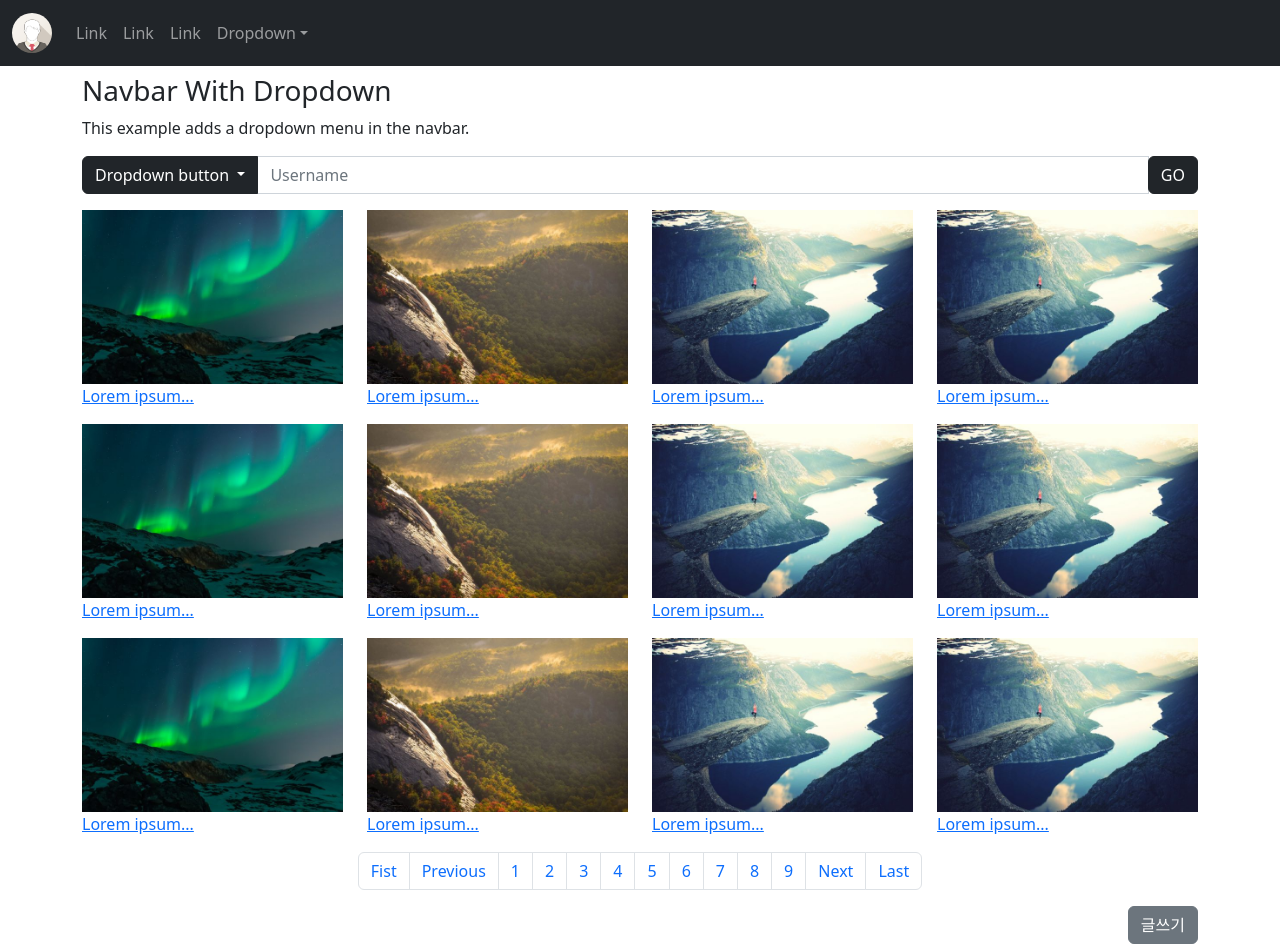
Repository: seoyeon0619/WebProgramming
Page: workspace1/myhome2/src/main/webapp/디자인/gallary.html
The author's editor kept a copy of each file at every save. The page is drawn from the files as they stood at one save, then again after the next save.
The browser window is 1280 px wide. The pictures show the whole page.

Above is the page before, as saved 2022-12-30 02:37:56.

After the next save:
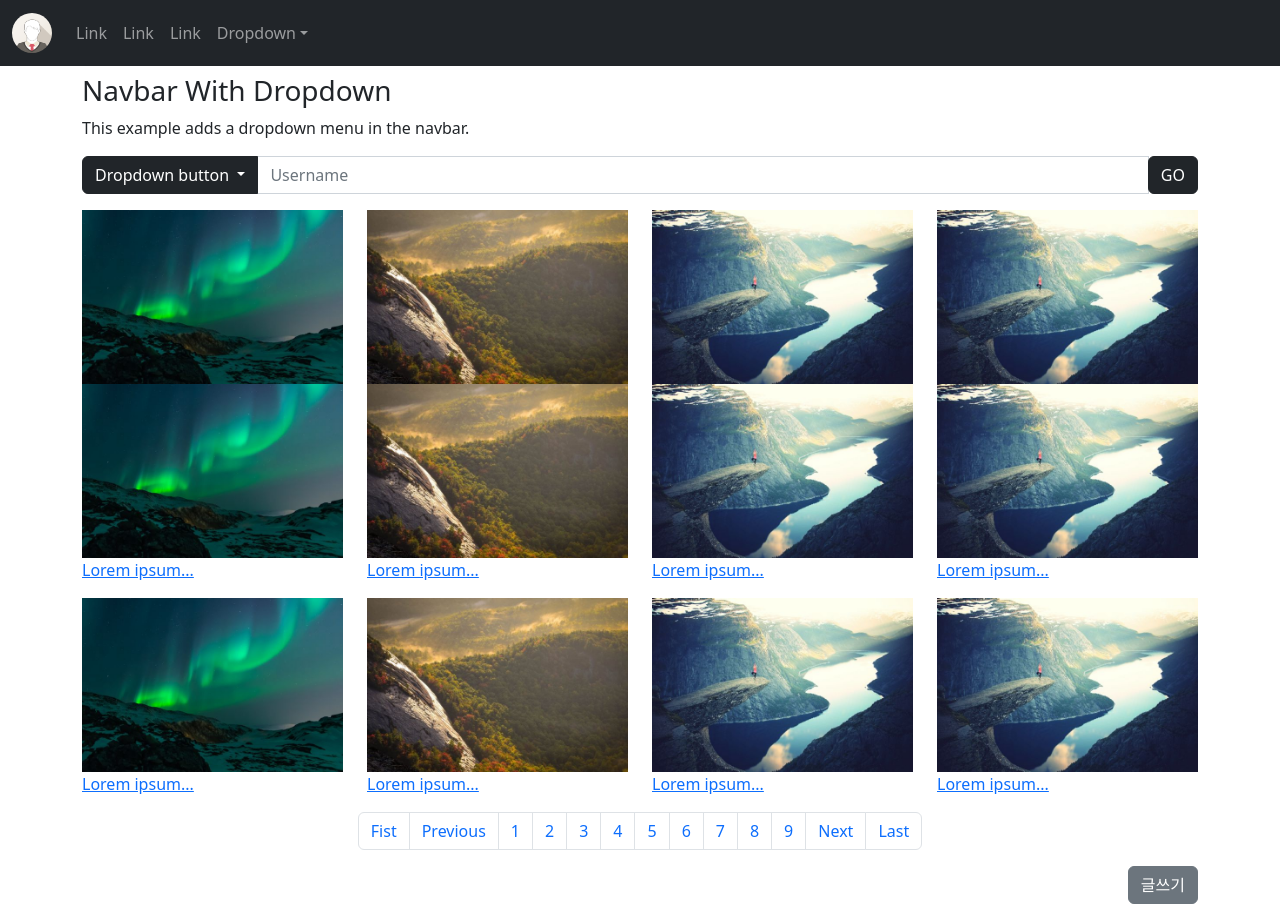
Saved 97 s later.
--- a/workspace1/myhome2/src/main/webapp/디자인/gallary.html
+++ b/workspace1/myhome2/src/main/webapp/디자인/gallary.html
@@ -68,9 +68,6 @@
     <div class="thumbnail">
       <a href="/myhome2/images/lights.jpg">
         <img src="/myhome2/images/lights.jpg" alt="Lights" style="width:100%">
-        <div class="caption">
-          <p>Lorem ipsum...</p>
-        </div>
       </a>
     </div>
   </div>
@@ -78,29 +75,20 @@
     <div class="thumbnail">
       <a href="/myhome2/images/nature.jpg">
         <img src="/myhome2/images/nature.jpg" alt="Nature" style="width:100%">
-        <div class="caption">
-          <p>Lorem ipsum...</p>
-        </div>
-      </a>
-    </div>
-  </div>
-  <div class="col-sm-3">
-    <div class="thumbnail">
-      <a href="/myhome2/images/fjords.jpg">
-        <img src="/myhome2/images/fjords.jpg" alt="Fjords" style="width:100%">
-        <div class="caption">
-          <p>Lorem ipsum...</p>
-        </div>
-      </a>
-    </div>
-  </div>
-  <div class="col-sm-3">
-    <div class="thumbnail">
-      <a href="/myhome2/images/fjords.jpg">
-        <img src="/myhome2/images/fjords.jpg" alt="Fjords" style="width:100%">
-        <div class="caption">
-          <p>Lorem ipsum...</p>
-        </div>
+      </a>
+    </div>
+  </div>
+  <div class="col-sm-3">
+    <div class="thumbnail">
+      <a href="/myhome2/images/fjords.jpg">
+        <img src="/myhome2/images/fjords.jpg" alt="Fjords" style="width:100%">
+      </a>
+    </div>
+  </div>
+  <div class="col-sm-3">
+    <div class="thumbnail">
+      <a href="/myhome2/images/fjords.jpg">
+        <img src="/myhome2/images/fjords.jpg" alt="Fjords" style="width:100%">
       </a>
     </div>
   </div>
